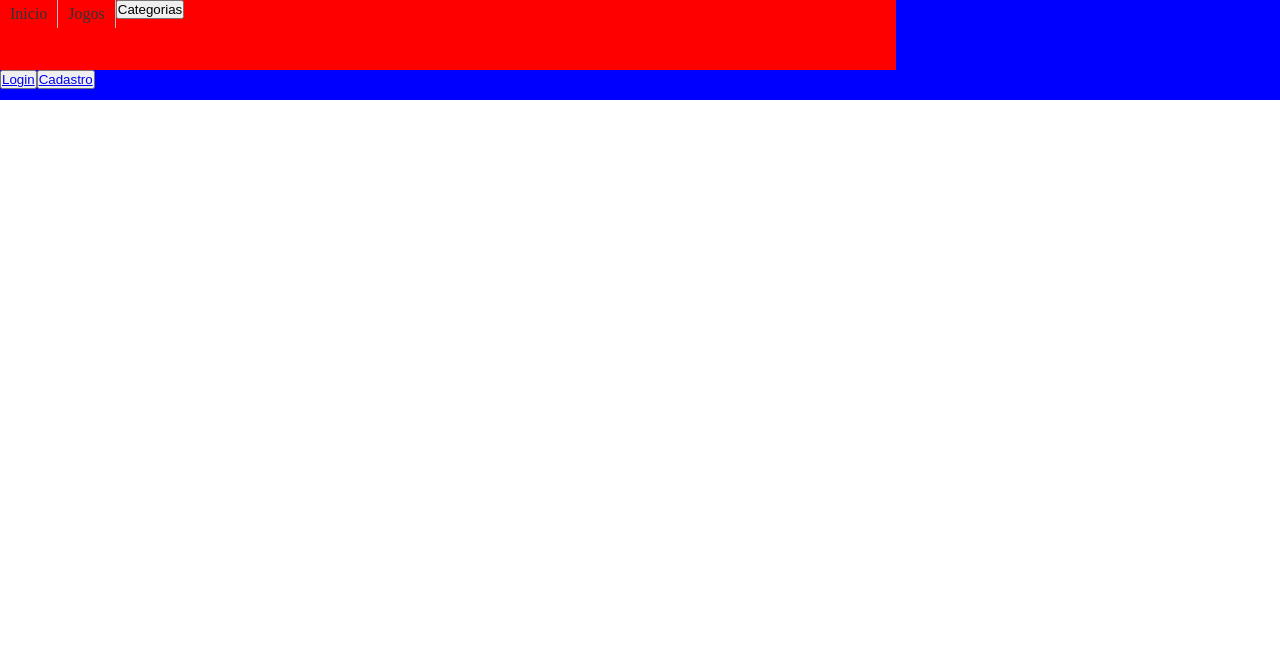
Repository: MarcoantonioCaldeira/Projeto-Go-Gamming
Page: /
An editor plug-in stored every save of this project. The page is shown before and after the next save, followed by the edit.
The browser window is 1280 px wide. The pictures show the whole page.
The pointer rests on the first visible `.dropdown`.
The project was rebuilt for these pictures with package versions that can differ from the ones it lists, and the page was loaded fresh each time. Also part of the build but not shown: src/pages/Inicio/estilo.css, src/pages/rodape/rodape.js, src/pages/Inicio/Inicio.js, src/pages/Jogos/Jogos.js, src/pages/Categorias/Acao.js, src/pages/Categorias/Aventura.js, src/pages/Categorias/Arcades.js, src/pages/Categorias/Familia.js and 7 more.

Above is the page before, as saved 2023-02-05 13:41:55.

After the next save:
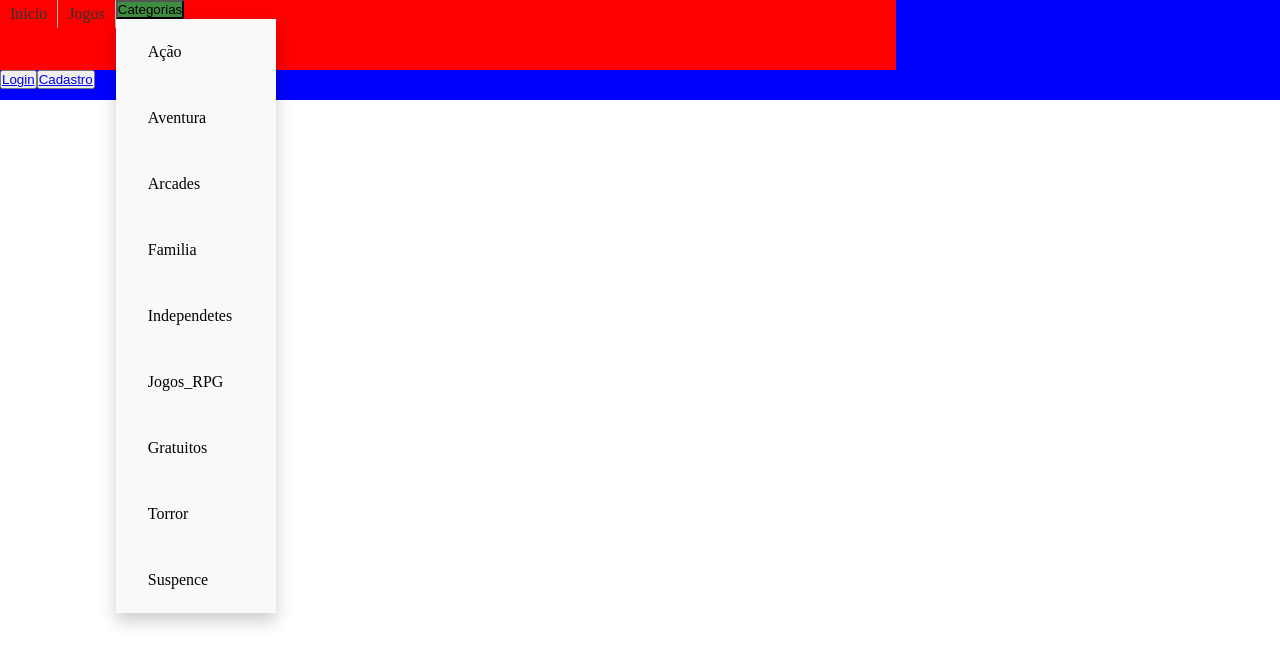
Saved 16 s later.
--- a/src/pages/Menu/estilo.css
+++ b/src/pages/Menu/estilo.css
@@ -70,3 +70,12 @@
   }
 
   .dropdown-content a:hover {background-color: #f1f1f1}
+
+
+  .dropdown:hover .dropdown-content {
+    display: block;
+  }
+
+  .dropdown:hover .dropbtn {
+    background-color: #3e8e41;
+  }
